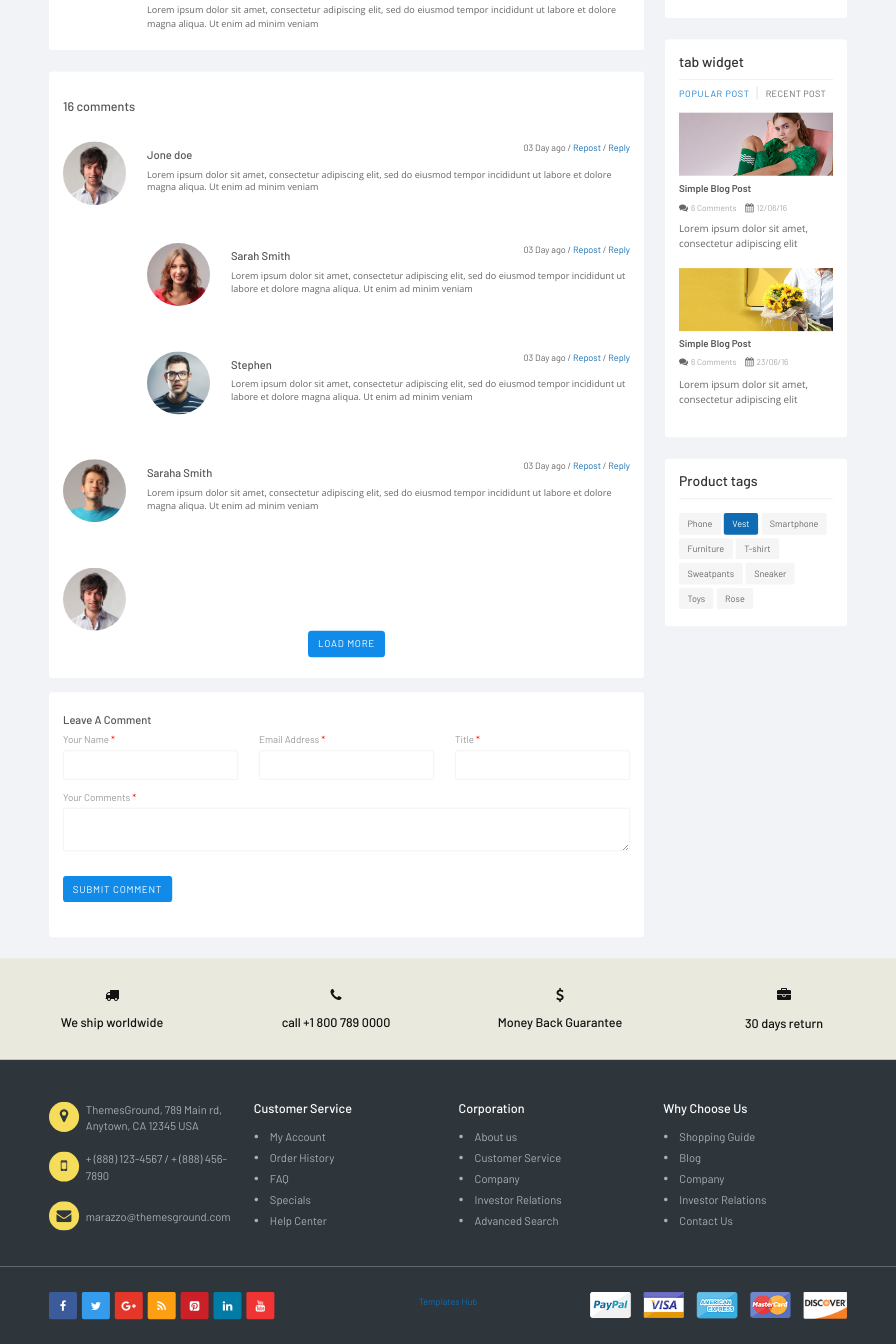
Repository: ztarikul/Laravel_e_commerce
Page: resources/views/posts/blog_details.blade.php
These files come from the project's save history. The page is drawn as it stood at one moment and after the next save; the edit follows.
The browser window is 1280 px wide. The pictures show the part of the page from y = 870 to 2790 px (the page is 2790 px tall before and 2755 px after), at 70% of full size.
The page is served by the project's Laravel application, run on PHP 8.4 with Laravel 8. Other server files are loaded and not shown. The template is opened directly, without the code that normally fills it, so the values that code supplies are empty.

Above is the page before, as saved 2021-07-30 01:27:13.

### e_com/routes/web.php
<?php

use App\Http\Controllers\HomeController;
use Illuminate\Support\Facades\Route;

/*
|--------------------------------------------------------------------------
| Web Routes
|--------------------------------------------------------------------------
|
| Here is where you can register web routes for your application. These
| routes are loaded by the RouteServiceProvider within a group which
| contains the "web" middleware group. Now create something great!
|
*/

// Route::get('/', function () {
//     return view('home');
// });
// Route::get('/checkout', function () {
//     return view('checkout');
// });

Auth::routes();
Route::get('/', [HomeController::class, 'index'])->name('home');
Route::get('/covid19', [HomeController::class, 'covid_form'])->name('covid.form');
Route::post('/covid19_tracker', [HomeController::class, 'covid_tracker'])->name('covid.tracker');


Route::resource('customer', CustomerController::class);
Route::get('/customer_login','CustomerController@login')->name('customer.login');
Route::post('/customer_loginAuthenticate','CustomerController@customer_loginAuthenticate')->name('customer.loginAuthenticate');
Route::get('/customer_registration','CustomerController@registration')->name('customer.registration');
Route::post('/customerRegistration','CustomerController@customerRegistration')->name('customer.customerRegistration');
Route::get('/customer_logout','CustomerController@customer_logout')->name('customer.logout');


Route::resource('post', PostController::class);

### e_com/resources/views/posts/blog_details.blade.php
<x-home-master>
@section('content')

<div class="breadcrumb">
	<div class="container">
		<div class="breadcrumb-inner">
			<ul class="list-inline list-unstyled">
				<li><a href="#">Home</a></li>
				<li class='active'>Blog Details</li>
			</ul>
		</div><!-- /.breadcrumb-inner -->
	</div><!-- /.container -->
</div><!-- /.breadcrumb -->

<div class="body-content">
	<div class="container">
		<div class="row">
			<div class="blog-page">
				<div class="col-xs-12 col-sm-9 col-md-9 rht-col">
					<div class="blog-post wow fadeInUp">
	<img class="img-responsive" src="{{asset('images/blog-post/blog_big_01.jpg')}}" alt="">

	<h1>{{$post->tile}}</h1>
	<span class="author">{{$post->user->name}}</span>
	<span class="review">{{$post->comments()->count()}} Comments</span>
	<span class="date-time">{{date('M d, Y',strtotime($post->created_at))}} {{date("H:i A", strtotime($post->created_at))}}</span>
	<p>{{$post->body}}</p>
	<div class="social-media">
		<span>share post:</span>
		<a href="#"><i class="fa fa-facebook"></i></a>
		<a href="#"><i class="fa fa-twitter"></i></a>
		<a href="#"><i class="fa fa-linkedin"></i></a>
		<a href="#"><i class="fa fa-rss"></i></a>
		<a href="#" class="hidden-xs"><i class="fa fa-pinterest"></i></a>
	</div>
</div>
<div class="blog-post-author-details wow fadeInUp">
	<div class="row">
		<div class="col-md-2">
			<img src="{{asset('images/blog-post/blog_big_01.jpg')}}" alt="Responsive image" class="img-circle img-responsive">
		</div>
		<div class="col-md-10">
			<h4>John Doe</h4>
			<div class="btn-group author-social-network pull-right">
				<span>Follow me on</span>
			    <button type="button" class="dropdown-toggle" data-toggle="dropdown">
			    	<i class="twitter-icon fa fa-twitter"></i>
			    	<span class="caret"></span>
			    </button>
			    <ul class="dropdown-menu" role="menu">
			    	<li><a href="#"><i class="icon fa fa-facebook"></i>Facebook</a></li>
			    	<li><a href="#"><i class="icon fa fa-linkedin"></i>Linkedin</a></li>
			    	<li><a href="#"><i class="icon fa fa-pinterest"></i>Pinterst</a></li>
			    	<li><a href="#"><i class="icon fa fa-rss"></i>RSS</a></li>
			    </ul>
			</div>
			<span class="author-job">Web Designer</span>
			<p>Lorem ipsum dolor sit amet, consectetur adipiscing elit, sed do eiusmod tempor incididunt ut labore et dolore magna aliqua. Ut enim ad minim veniam</p>
		</div>
	</div>
</div>
					<div class="blog-review wow fadeInUp">
	<div class="row">
		<div class="col-md-12">
			<h3 class="title-review-comments">16 comments</h3>
		</div>
		<div class="col-md-2 col-sm-2">
			<img src="assets/images/testimonials/member1.png" alt="Responsive image" class="img-rounded img-responsive">
		</div>
		<div class="col-md-10 col-sm-10 blog-comments outer-bottom-xs">
			<div class="blog-comments inner-bottom-xs">
				<h4>Jone doe</h4>
				<span class="review-action pull-right">
					03 Day ago &sol;
					<a href="#"> Repost</a> &sol;
					<a href="#"> Reply</a>
				</span>
				<p>Lorem ipsum dolor sit amet, consectetur adipiscing elit, sed do eiusmod tempor incididunt ut labore et dolore magna aliqua. Ut enim ad minim veniam</p>
			</div>
			<div class="blog-comments-responce outer-top-xs ">
				<div class="row">
					<div class="col-md-2 col-sm-2">
						<img src="assets/images/testimonials/member2.png" alt="Responsive image" class="img-rounded img-responsive">
					</div>
					<div class="col-md-10 col-sm-10 outer-bottom-xs">
						<div class="blog-sub-comments inner-bottom-xs">
							<h4>Sarah Smith</h4>
							<span class="review-action pull-right">
								03 Day ago &sol;
								<a href="#"> Repost</a> &sol;
								<a href="#"> Reply</a>
							</span>
							<p>Lorem ipsum dolor sit amet, consectetur adipiscing elit, sed do eiusmod tempor incididunt ut labore et dolore magna aliqua. Ut enim ad minim veniam</p>
						</div>
					</div>
					<div class="col-md-2 col-sm-2">
						<img src="assets/images/testimonials/member3.png" alt="Responsive image" class="img-rounded img-responsive">
					</div>
					<div class="col-md-10 col-sm-10">
						<div class=" inner-bottom-xs">
							<h4>Stephen</h4>
							<span class="review-action pull-right">
								03 Day ago &sol;
								<a href="#"> Repost</a> &sol;
								<a href="#"> Reply</a>
							</span>
							<p>Lorem ipsum dolor sit amet, consectetur adipiscing elit, sed do eiusmod tempor incididunt ut labore et dolore magna aliqua. Ut enim ad minim veniam</p>
						</div>
					</div>
				</div>
			</div>
		</div>
		<div class="col-md-2 col-sm-2">
			<img src="assets/images/testimonials/member4.png" alt="Responsive image" class="img-rounded img-responsive">
		</div>
		<div class="col-md-10 col-sm-10">
			<div class="blog-comments inner-bottom-xs outer-bottom-xs">
				<h4>Saraha Smith</h4>
				<span class="review-action pull-right">
					03 Day ago &sol;
					<a href="#"> Repost</a> &sol;
					<a href="#"> Reply</a>
				</span>
				<p>Lorem ipsum dolor sit amet, consectetur adipiscing elit, sed do eiusmod tempor incididunt ut labore et dolore magna aliqua. Ut enim ad minim veniam</p>
			</div>
		</div>
		<div class="col-md-2 col-sm-2">
			<img src="assets/images/testimonials/member1.png" alt="Responsive image" class="img-rounded img-responsive">
		</div>

		<div class="post-load-more col-md-12"><a class="btn btn-upper btn-primary" href="#">Load more</a></div>
	</div>
</div>					<div class="blog-write-comment outer-bottom-xs outer-top-xs">
	<div class="row">
		<div class="col-md-12">
			<h4>Leave A Comment</h4>
		</div>
		<div class="col-md-4">
			<form class="register-form" role="form">
				<div class="form-group">
			    <label class="info-title" for="exampleInputName">Your Name <span>*</span></label>
			    <input type="email" class="form-control unicase-form-control text-input" id="exampleInputName" placeholder="">
			  </div>
			</form>
		</div>
		<div class="col-md-4">
			<form class="register-form" role="form">
				<div class="form-group">
			    <label class="info-title" for="exampleInputEmail1">Email Address <span>*</span></label>
			    <input type="email" class="form-control unicase-form-control text-input" id="exampleInputEmail1" placeholder="">
			  </div>
			</form>
		</div>
		<div class="col-md-4">
			<form class="register-form" role="form">
				<div class="form-group">
			    <label class="info-title" for="exampleInputTitle">Title <span>*</span></label>
			    <input type="email" class="form-control unicase-form-control text-input" id="exampleInputTitle" placeholder="">
			  </div>
			</form>
		</div>
		<div id="comment_box" class="col-md-12">
			<form class="register-form" role="form">
				<div class="form-group">
			    <label class="info-title" for="exampleInputComments">Your Comments <span>*</span></label>
			    <textarea class="form-control unicase-form-control" id="exampleInputComments" ></textarea>
			  </div>
			</form>
		</div>
		<div class="col-md-12 outer-bottom-small m-t-20">
			<button type="submit" class="btn-upper btn btn-primary checkout-page-button">Submit Comment</button>
		</div>
	</div>
</div>
				</div>
				<div class="col-xs-12 col-sm-3 col-md-3 sidebar">



					<div class="sidebar-module-container">
						<div class="search-area outer-bottom-small">
    <form>
        <div class="control-group">
            <input placeholder="Type to search" class="search-field">
            <a href="#" class="search-button"></a>
        </div>
    </form>
</div>

<div class="home-banner outer-top-n outer-bottom-xs">
<img src="assets/images/banners/LHS-banner.jpg" alt="Image">
</div>
				<!-- ==============================================CATEGORY============================================== -->
<div class="sidebar-widget outer-bottom-xs wow fadeInUp">
	<h3 class="section-title">Category</h3>
	<div class="sidebar-widget-body m-t-10">
		<div class="accordion">
	    	<div class="accordion-group">
	            <div class="accordion-heading">
	                <a href="#collapseOne" data-toggle="collapse" class="accordion-toggle collapsed">
	                   Camera
	                </a>
	            </div><!-- /.accordion-heading -->
	            <div class="accordion-body collapse" id="collapseOne" style="height: 0px;">
	                <div class="accordion-inner">
	                    <ul>
	                        <li><a href="#">gaming</a></li>
	                        <li><a href="#">office</a></li>
	                        <li><a href="#">kids</a></li>
	                        <li><a href="#">for women</a></li>
	                    </ul>
	                </div><!-- /.accordion-inner -->
	            </div><!-- /.accordion-body -->
	        </div><!-- /.accordion-group -->

	        <div class="accordion-group">
	            <div class="accordion-heading">
	                <a href="#collapseTwo" data-toggle="collapse" class="accordion-toggle collapsed">
	                  Desktops
	                </a>
	            </div><!-- /.accordion-heading -->
	            <div class="accordion-body collapse" id="collapseTwo" style="height: 0px;">
	                <div class="accordion-inner">
	                    <ul>
	                        <li><a href="#">gaming</a></li>
	                        <li><a href="#">office</a></li>
	                        <li><a href="#">kids</a></li>
	                        <li><a href="#">for women</a></li>
	                    </ul>
	                </div><!-- /.accordion-inner -->
	            </div><!-- /.accordion-body -->
	        </div><!-- /.accordion-group -->

	        <div class="accordion-group">
	            <div class="accordion-heading">
	                <a href="#collapseThree" data-toggle="collapse" class="accordion-toggle collapsed">
	                   Pants
	                </a>
	            </div><!-- /.accordion-heading -->
	            <div class="accordion-body collapse" id="collapseThree" style="height: 0px;">
	                <div class="accordion-inner">
	                    <ul>
	                        <li><a href="#">gaming</a></li>
	                        <li><a href="#">office</a></li>
	                        <li><a href="#">kids</a></li>
	                        <li><a href="#">for women</a></li>
	                    </ul>
	                </div><!-- /.accordion-inner -->
	            </div><!-- /.accordion-body -->
	        </div><!-- /.accordion-group -->

	        <div class="accordion-group">
	            <div class="accordion-heading">
	                <a href="#collapseFour" data-toggle="collapse" class="accordion-toggle collapsed">
	                   Bags
	                </a>
	            </div><!-- /.accordion-heading -->
	            <div class="accordion-body collapse" id="collapseFour" style="height: 0px;">
	                <div class="accordion-inner">
	                    <ul>
	                        <li><a href="#">gaming</a></li>
	                        <li><a href="#">office</a></li>
	                        <li><a href="#">kids</a></li>
	                        <li><a href="#">for women</a></li>
	                    </ul>
	                </div><!-- /.accordion-inner -->
	            </div><!-- /.accordion-body -->
	        </div><!-- /.accordion-group -->

	        <div class="accordion-group">
	            <div class="accordion-heading">
	                <a href="#collapseFive" data-toggle="collapse" class="accordion-toggle collapsed">
	                  Hats
	                </a>
	            </div><!-- /.accordion-heading -->
	            <div class="accordion-body collapse" id="collapseFive" style="height: 0px;">
	                <div class="accordion-inner">
	                    <ul>
	                        <li><a href="#">gaming</a></li>
	                        <li><a href="#">office</a></li>
	                        <li><a href="#">kids</a></li>
	                        <li><a href="#">for women</a></li>
	                    </ul>
	                </div><!-- /.accordion-inner -->
	            </div><!-- /.accordion-body -->
	        </div><!-- /.accordion-group -->

	        <div class="accordion-group">
	            <div class="accordion-heading">
	                <a href="#collapseSix" data-toggle="collapse" class="accordion-toggle collapsed">
	                 Accessories
	                </a>
	            </div><!-- /.accordion-heading -->
	            <div class="accordion-body collapse" id="collapseSix" style="height: 0px;">
	                <div class="accordion-inner">
	                    <ul>
	                        <li><a href="#">gaming</a></li>
	                        <li><a href="#">office</a></li>
	                        <li><a href="#">kids</a></li>
	                        <li><a href="#">for women</a></li>
	                    </ul>
	                </div><!-- /.accordion-inner -->
	            </div><!-- /.accordion-body -->
	        </div><!-- /.accordion-group -->

	    </div><!-- /.accordion -->
	</div><!-- /.sidebar-widget-body -->
</div><!-- /.sidebar-widget -->
	<!-- ============================================== CATEGORY : END ============================================== -->						<div class="sidebar-widget outer-bottom-xs wow fadeInUp">
    <h3 class="section-title">tab widget</h3>
	<ul class="nav nav-tabs">
	  <li class="active"><a href="#popular" data-toggle="tab">popular post</a></li>
	  <li><a href="#recent" data-toggle="tab">recent post</a></li>
	</ul>
	<div class="tab-content" style="padding-left:0">
	   <div class="tab-pane active m-t-20" id="popular">
		<div class="blog-post inner-bottom-30 " >
			<img class="img-responsive" src="assets/images/blog-post/blog_big_01.jpg" alt="">
			<h4><a href="blog-details.html">Simple Blog Post</a></h4>
				<span class="review">6 Comments</span>
			<span class="date-time">12/06/16</span>
			<p>Lorem ipsum dolor sit amet, consectetur adipiscing elit</p>

		</div>
		<div class="blog-post" >
			<img class="img-responsive" src="assets/images/blog-post/blog_big_02.jpg" alt="">
			<h4><a href="blog-details.html">Simple Blog Post</a></h4>
			<span class="review">6 Comments</span>
			<span class="date-time">23/06/16</span>
			<p>Lorem ipsum dolor sit amet, consectetur adipiscing elit</p>

		</div>
	</div>

	<div class="tab-pane m-t-20" id="recent">
		<div class="blog-post inner-bottom-30" >
			<img class="img-responsive" src="assets/images/blog-post/blog_big_03.jpg" alt="">
			<h4><a href="blog-details.html">Simple Blog Post</a></h4>
			<span class="review">6 Comments</span>
			<span class="date-time">5/06/16</span>
			<p>Lorem ipsum dolor sit amet, consectetur adipiscing elit</p>

		</div>
		<div class="blog-post">
			<img class="img-responsive" src="assets/images/blog-post/blog_big_01.jpg" alt="">
			<h4><a href="blog-details.html">Simple Blog Post</a></h4>
			<span class="review">6 Comments</span>
			<span class="date-time">10/07/16</span>
			<p>Lorem ipsum dolor sit amet, consectetur adipiscing elit</p>

		</div>
	</div>
	</div>
</div>
						<!-- ============================================== PRODUCT TAGS ============================================== -->
<div class="sidebar-widget product-tag wow fadeInUp">
	<h3 class="section-title">Product tags</h3>
	<div class="sidebar-widget-body outer-top-xs">
		<div class="tag-list">
			<a class="item" title="Phone" href="category.html">Phone</a>
			<a class="item active" title="Vest" href="category.html">Vest</a>
			<a class="item" title="Smartphone" href="category.html">Smartphone</a>
			<a class="item" title="Furniture" href="category.html">Furniture</a>
			<a class="item" title="T-shirt" href="category.html">T-shirt</a>
			<a class="item" title="Sweatpants" href="category.html">Sweatpants</a>
			<a class="item" title="Sneaker" href="category.html">Sneaker</a>
			<a class="item" title="Toys" href="category.html">Toys</a>
			<a class="item" title="Rose" href="category.html">Rose</a>
		</div><!-- /.tag-list -->
	</div><!-- /.sidebar-widget-body -->
</div><!-- /.sidebar-widget -->
<!-- ============================================== PRODUCT TAGS : END ============================================== -->					</div>
				</div>
			</div>
		</div>
	</div>
</div>




@endsection
</x-home-master>

### e_com/public/css/rateit.css

/*===================================================================================*/
/*  Rating CSS
/*===================================================================================*/

.rateit {
    display: -moz-inline-box;
    display: inline-block;
    position: relative;
    -webkit-user-select: none;
    -khtml-user-select: none;
    -moz-user-select: none;
    -o-user-select: none;
    -ms-user-select: none;
    user-select: none;
    -webkit-touch-callout: none;
}

.rateit .rateit-range
{
    position: relative;
    display: -moz-inline-box;
    display: inline-block;
    background: url(images/star.html);
    height: 14px;
    outline: none;
}

.rateit-small .rateit-range
{
    position: relative;
    display: -moz-inline-box;
    display: inline-block;
    background: url(images/star-small.png);
    height: 14px;
    outline: none;
}

.rateit .rateit-range * {
    display:block;
}

/* for IE 6 */
* html .rateit, * html .rateit .rateit-range
{
    display: inline;
}

/* for IE 7 */
* + html .rateit, * + html .rateit .rateit-range
{
    display: inline;
}

.rateit .rateit-hover, .rateit .rateit-selected
{
    position: absolute;
    left: 0px;
}

.rateit .rateit-hover-rtl, .rateit .rateit-selected-rtl
{
    left: auto;
    right: 0px;
}

.rateit .rateit-hover
{
    background: url(images/star.html) left -28px;
}

.rateit-small .rateit-hover
{
    background: url(images/star-small.png) left -328px;
}

.rateit .rateit-hover-rtl
{
    background-position: right -28px;
}

.rateit .rateit-selected
{
    background: url(images/star.html) left -14px;
}

.rateit-small .rateit-selected
{
    background: url(images/star-small.png) left -14px;
}

.rateit .rateit-selected-rtl
{
    background-position: right -14px;
}

.rateit .rateit-preset
{
    background: url(images/star.html) left -48px;
}

.rateit .rateit-preset-rtl
{
    background: url(images/star.html) left -48px;
}

.rateit-small .rateit-preset
{
    background: url(images/star-small.png) left -48px;
}

.rateit-small .rateit-preset-rtl
{
    background: url(images/star-small.png) left -48px;
}

.rateit button.rateit-reset
{
    background: url(images/delete.gif) 0 0;
    width: 14px;
    height: 14px;
    display: -moz-inline-box;
    display: inline-block;
    float: left;
    outline: none;
    border:none;
    padding: 0;
}

.rateit button.rateit-reset:hover, .rateit button.rateit-reset:focus
{
    background-position: 0 -14px;
}

Loaded but not shown: e_com/app/Http/Controllers/Auth/LoginController.php (common file); e_com/app/Http/Controllers/Controller.php (common file); e_com/app/Http/Controllers/Auth/ConfirmPasswordController.php (common file); e_com/app/Models/Category.php (common file); e_com/public/css/bootstrap.min.css (library); e_com/public/css/main.css (library); e_com/public/css/owl.carousel.css (common file); e_com/public/css/owl.transitions.css (library); e_com/public/css/animate.min.css (library); e_com/public/css/bootstrap-select.min.css (library); e_com/public/css/font-awesome.css (library); e_com/public/js/jquery-1.11.1.min.js (library); e_com/public/js/bootstrap.min.js (library); e_com/public/js/bootstrap-hover-dropdown.min.js (common file); e_com/public/js/owl.carousel.min.js (library); e_com/public/js/echo.min.js (common file); e_com/public/js/jquery.easing-1.3.min.js (library); e_com/public/js/bootstrap-slider.min.js (library); e_com/public/js/jquery.rateit.min.js (library); e_com/public/js/lightbox.min.js (library); e_com/public/js/bootstrap-select.min.js (library); e_com/public/js/wow.min.js (library); e_com/public/js/scripts.js (343 lines, source omitted); e_com/resources/views/components/home-master.blade.php (450 lines, source omitted); e_com/public/css/blue.css (483 lines, source omitted)

After the next save:
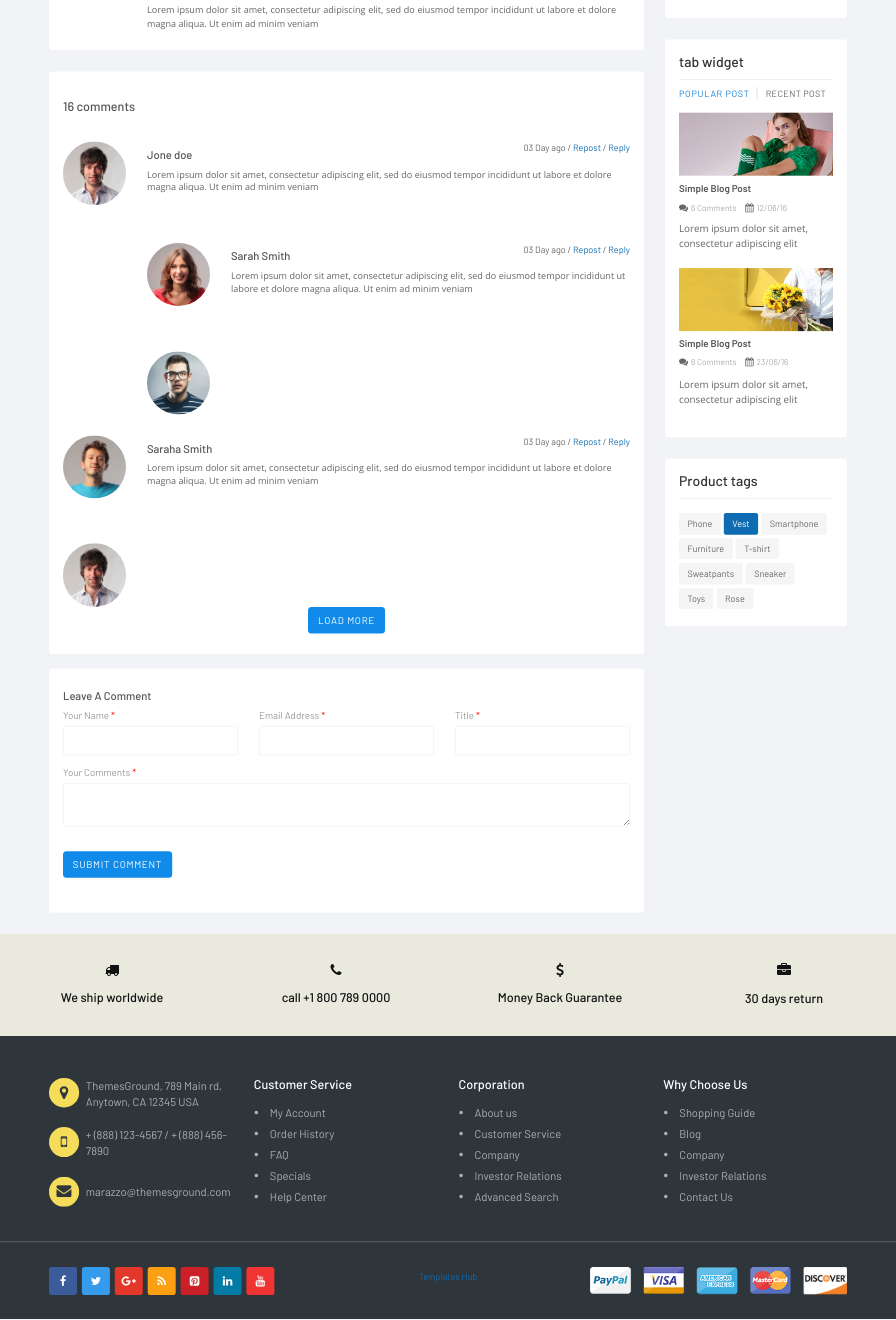
Saved 2 min 14 s later.
--- a/e_com/resources/views/posts/blog_details.blade.php
+++ b/e_com/resources/views/posts/blog_details.blade.php
@@ -96,17 +96,7 @@
 					<div class="col-md-2 col-sm-2">
 						<img src="assets/images/testimonials/member3.png" alt="Responsive image" class="img-rounded img-responsive">
 					</div>
-					<div class="col-md-10 col-sm-10">
-						<div class=" inner-bottom-xs">
-							<h4>Stephen</h4>
-							<span class="review-action pull-right">
-								03 Day ago &sol;
-								<a href="#"> Repost</a> &sol;
-								<a href="#"> Reply</a>
-							</span>
-							<p>Lorem ipsum dolor sit amet, consectetur adipiscing elit, sed do eiusmod tempor incididunt ut labore et dolore magna aliqua. Ut enim ad minim veniam</p>
-						</div>
-					</div>
+
 				</div>
 			</div>
 		</div>
